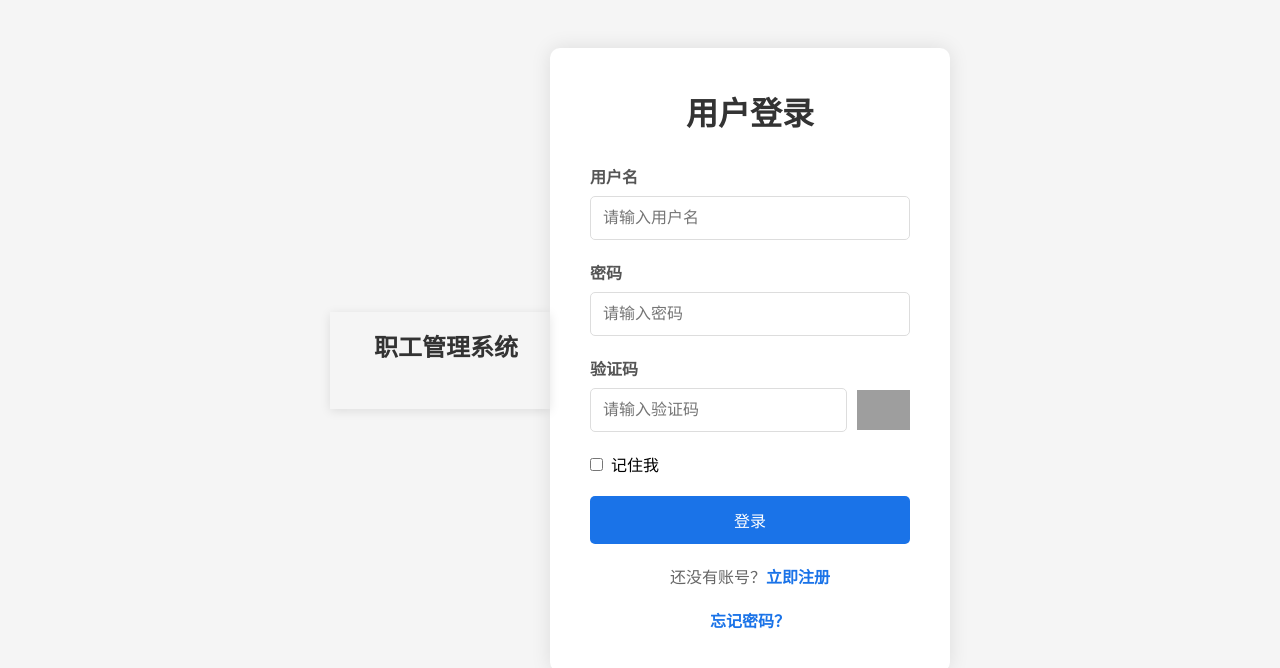
Repository: Jiege005/mytest-software-project
Page: mytest/WebContent/login.html
An editor plug-in stored every save of this project. The page is shown before and after the next save, followed by the edit.
The browser window is 1280 px wide. The pictures show the whole page.
Pictures or frames that could not be fetched are drawn as grey boxes.

Above is the page before, as saved 2025-06-18 14:06:54.

After the next save:
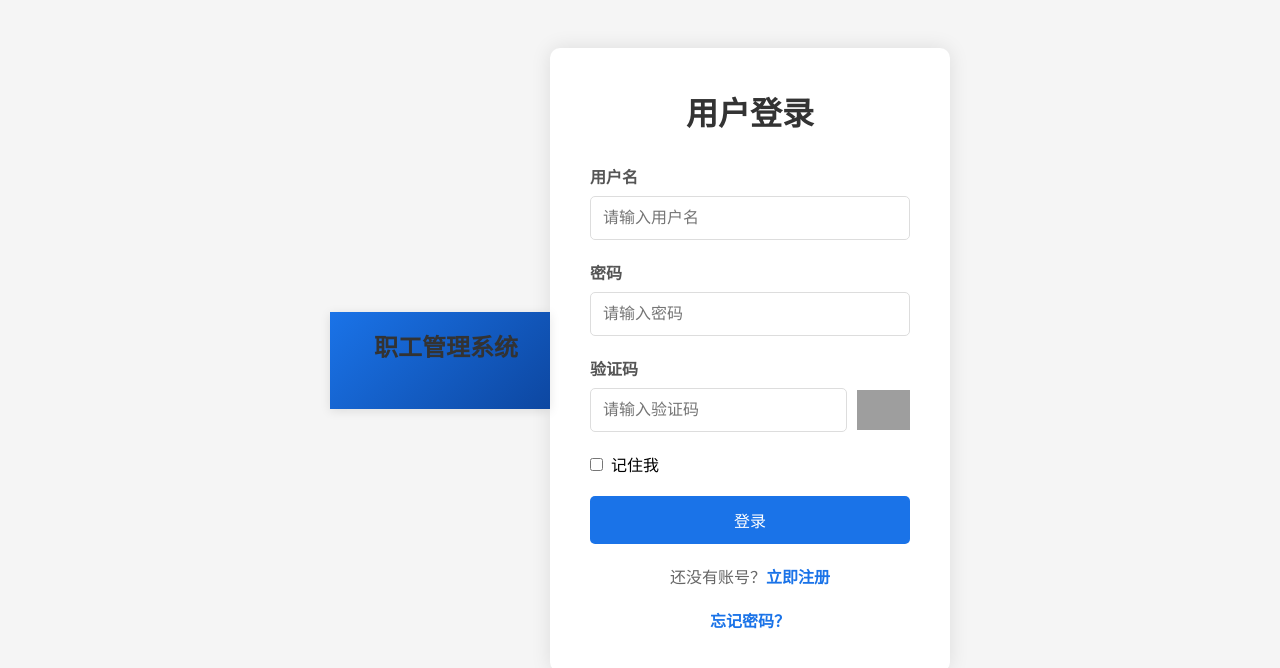
Saved 11 s later.
--- a/mytest/WebContent/login.html
+++ b/mytest/WebContent/login.html
@@ -10,6 +10,18 @@
             padding: 0;
             box-sizing: border-box;
             font-family: 'Arial', sans-serif;
+        }
+
+        :root {
+            --primary: #1a73e8;
+            --primary-dark: #0d47a1;
+            --secondary: #f5f8fa;
+            --accent: #34a853;
+            --warning: #fbbc05;
+            --danger: #ea4335;
+            --text: #202124;
+            --text-light: #5f6368;
+            --card-shadow: 0 4px 12px rgba(0, 0, 0, 0.08);
         }
 
         body {
